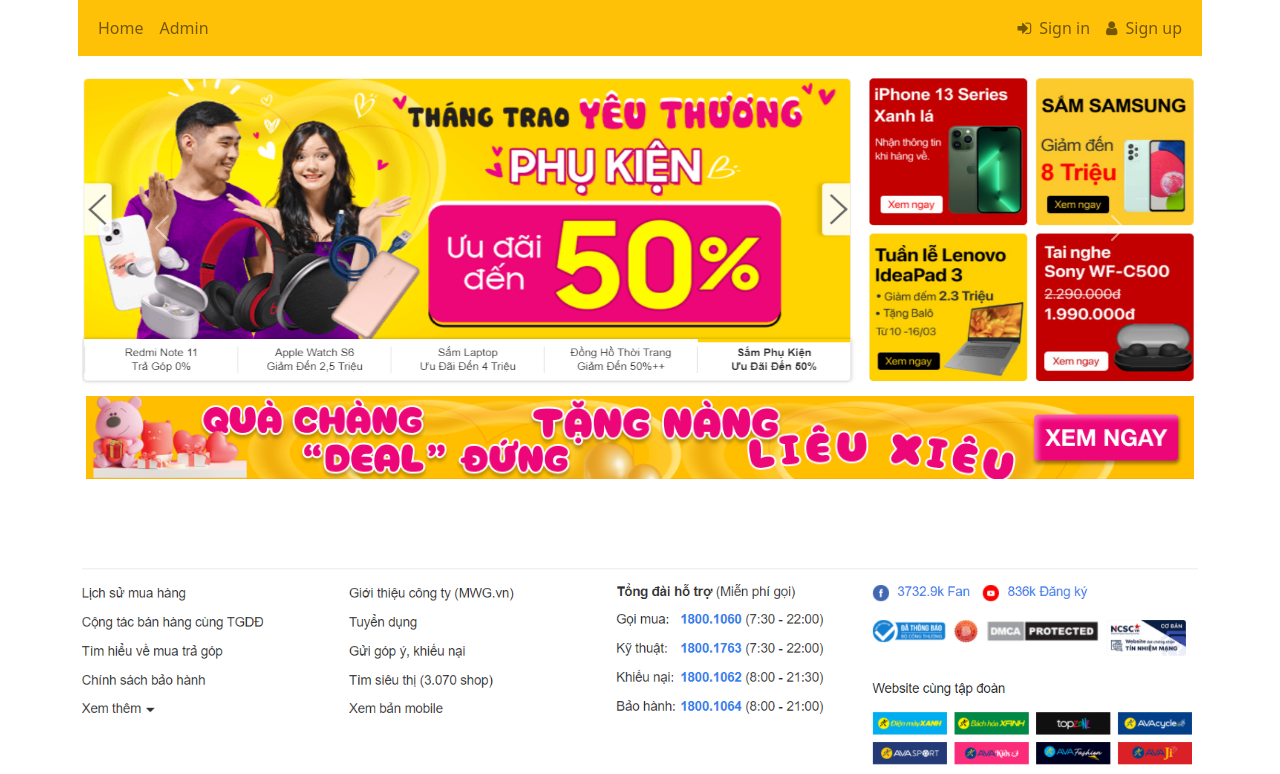
Repository: nguyenhien9/VTI_demo-ecommerce
Page: HOME/homePage.html
An editor plug-in stored every save of this project. The page is shown before and after the next save, followed by the edit.
The browser window is 1280 px wide. The pictures show the whole page.

Above is the page before, as saved 2023-03-31 19:16:59.

### HOME/homePage.html
<!DOCTYPE html>
<html lang="en">
  <head>
    <title>Thegioididong.com</title>
    <!-- Required meta tags -->
    <meta charset="utf-8" />
    <meta
      name="viewport"
      content="width=device-width, initial-scale=1, shrink-to-fit=no"
    />

    <!-- Bootstrap CSS v5.2.1 -->
    <link
      href="https://cdn.jsdelivr.net/npm/bootstrap@5.2.1/dist/css/bootstrap.min.css"
      rel="stylesheet"
      integrity="sha384-iYQeCzEYFbKjA/T2uDLTpkwGzCiq6soy8tYaI1GyVh/UjpbCx/TYkiZhlZB6+fzT"
      crossorigin="anonymous"
    />
    <link
      rel="stylesheet"
      href="https://maxcdn.bootstrapcdn.com/font-awesome/4.7.0/css/font-awesome.min.css"
    />
    <script src="https://code.jquery.com/jquery-3.6.4.min.js"></script>
    <link rel="stylesheet" href="./asset/css/HomePage.css" />
  </head>

  <body>
    <div class="container">
      <div class="Header"></div>
      <div class="Banner"></div>
      <div class="Product"></div>
      <div class="Footer"></div>
    </div>

    <script src="./HomePage.js"></script>

    <!-- Bootstrap JavaScript Libraries -->

    <script
      src="https://cdn.jsdelivr.net/npm/bootstrap@5.2.1/dist/js/bootstrap.min.js"
      integrity="sha384-7VPbUDkoPSGFnVtYi0QogXtr74QeVeeIs99Qfg5YCF+TidwNdjvaKZX19NZ/e6oz"
      crossorigin="anonymous"
    ></script>
  </body>
</html>

### HOME/HomePage.js
$(document).ready(function () {
  $(function () {
    loadComponent();
    setTimeout(function () {
      fetchProductList();
    }, 200);

    function loadComponent() {
      // $(".Header").load("./Menu.html");
      document.querySelector(
        ".Header"
      ).innerHTML = `<div class="row justify-content-center align-items-center g-2">
      <nav class="navbar navbar-expand-sm navbar-light bg-warning">
        <div class="container">
          <button
            class="navbar-toggler d-lg-none"
            type="button"
            data-bs-toggle="collapse"
            data-bs-target="#collapsibleNavId"
            aria-controls="collapsibleNavId"
            aria-expanded="false"
            aria-label="Toggle navigation"
          >
            <span class="navbar-toggler-icon"></span>
          </button>
          <div class="collapse navbar-collapse" id="collapsibleNavId">
            <ul class="navbar-nav me-auto mt-2 mt-lg-0">
              <li class="nav-item">
                <a class="nav-link" href="./HomePage.html" aria-current="page"
                  >Home <span class="visually-hidden">(current)</span></a
                >
              </li>
              <li class="nav-item">
                <a class="nav-link" href="../ADMIN/AdminPage.html">Admin</a>
              </li>
            </ul>

            <ul class="navbar-nav d-flex my-2 my-lg-0 list-unstyled">
              <li>
                <a href="#!" class="nav-link text-decoration-none"
                  ><i class="fa fa-sign-in pe-2" aria-hidden="true"></i>Sign
                  in</a
                >
              </li>
              <li>
                <a href="#!" class="nav-link text-decoration-none"
                  ><i class="fa fa-user pe-2" aria-hidden="true"></i>Sign up</a
                >
              </li>
            </ul>
          </div>
        </div>
      </nav>
    </div>`;
      // $(".Banner").load("./Banner.html");
      document.querySelector(".Banner").innerHTML = `
        <div class="row justify-content-center align-items-center g-2 mt-1">
      <div id="carouselExample" class="carousel slide">
        <div class="carousel-inner">
          <div class="carousel-item active">
            <img
              src="./asset/img/Banner/BannerIMG.png"
              class="d-block w-100"
              alt="..."
              height="320px"
            />
          </div>
          <div class="carousel-item">
            <img
              src="./asset/img/Banner/BannerImg1.png"
              class="d-block w-100"
              alt="..."
              height="320px"
            />
          </div>
          <div class="carousel-item">
            <img
              src="./asset/img/Banner/BannerImg2.png"
              class="d-block w-100"
              alt="..."
              height="320px"
            />
          </div>
          <div class="carousel-item">
            <img
              src="./asset/img/Banner/BannerImg3.png"
              class="d-block w-100"
              alt="..."
              height="320px"
            />
          </div>
        </div>
        <button
          class="carousel-control-prev"
          type="button"
          data-bs-target="#carouselExample"
          data-bs-slide="prev"
        >
          <span class="carousel-control-prev-icon" aria-hidden="true"></span>
          <span class="visually-hidden">Previous</span>
        </button>
        <button
          class="carousel-control-next"
          type="button"
          data-bs-target="#carouselExample"
          data-bs-slide="next"
        >
          <span class="carousel-control-next-icon" aria-hidden="true"></span>
          <span class="visually-hidden">Next</span>
        </button>
      </div>
    </div>
        `;
      $(".Product").load("./Product.html");
      $(".Footer").load("./Footer.html");
    }
  });
});
let productList = [];
function fetchProductList() {
  if (localStorage && localStorage.getItem("Product")) {
    let getProducts = JSON.parse(localStorage.getItem("Product"));
    productList = getProducts;
    let productRender = productList.map(function (item) {
      return `
      <div class="col-sm-3">
        <div class="row justify-content-start align-items-center g-2 ">
          <img src="./asset/img/Product/${
            item.image
          }" width="130px" height ="190px" alt=""/>
        </div>
        <div class="row justify-content-center align-items-center g-2">
          <p class="h3">${item.name}</p>
        </div>
        <div class="row justify-content-center align-items-center g-2">
          <p class="h5">Hãng sản xuất: ${item.manufacturer}</p>
        </div>
        <div class="row justify-content-center align-items-center g-2">
        <ul class="rating d-flex list-unstyled">
        ${getRatingStar(item.star)}
        </ul>
        </div>
        <div class="row d-flex align-items-center g-2">
          <a href="#!" class="text-reset text-decoration-none">${
            item.price
          } <sup><u>đ</u></sup>
            <i class="fa fa-shopping-cart text-danger fs-3 ms-2" aria-hidden="true"></i></a>
        </div>
      </div>
      `;
    });
    document.querySelector(".ProductList").innerHTML = productRender;
  }
}
function getRatingStar(star) {
  let ratingStar = "";
  for (let i = 0; i < star; i++) {
    ratingStar += `
    <li>
    <i class="fa fa-star text-warning" aria-hidden="true"></i>
    </li>
    `;
  }
  for (let i = 0; i < 5 - star; i++) {
    ratingStar += `
    <li>
    <i class="fa fa-star" aria-hidden="true"></i>
    </li>
    `;
  }
  return ratingStar;
}

### HOME/Product.html
<!DOCTYPE html>
<html lang="en">
  <head>
    <meta charset="UTF-8" />
    <meta http-equiv="X-UA-Compatible" content="IE=edge" />
    <meta name="viewport" content="width=device-width, initial-scale=1.0" />
    <title>Product</title>
  </head>
  <body>
    <div class="row justify-content-center align-items-center g-2">
      <!-- Ảnh khuyến mại -->
      <div class="row justify-content-center align-items-center g-2">
        <img src="./asset/img/Product/ImgInfor.png" alt="" />
      </div>
      <!-- Product -->
      <div class="row d-flex flex-wrap mt-2 g-2 pt-2 ProductList"></div>
    </div>
    <!-- <script src="./Product.js"></script> -->
  </body>
</html>

### HOME/Footer.html
<!DOCTYPE html>
<html lang="en">
  <head>
    <meta charset="UTF-8" />
    <meta http-equiv="X-UA-Compatible" content="IE=edge" />
    <meta name="viewport" content="width=device-width, initial-scale=1.0" />
    <title>Footer</title>
  </head>
  <body>
    <br />
    <br />
    <br />
    <div class="row justify-content-center align-items-center g-2">
      <img src="./asset/img/Footer/FooterIMG.png" alt="" />
    </div>
  </body>
</html>

Loaded but not shown: HOME/asset/css/HomePage.css (common file)

After the next save:
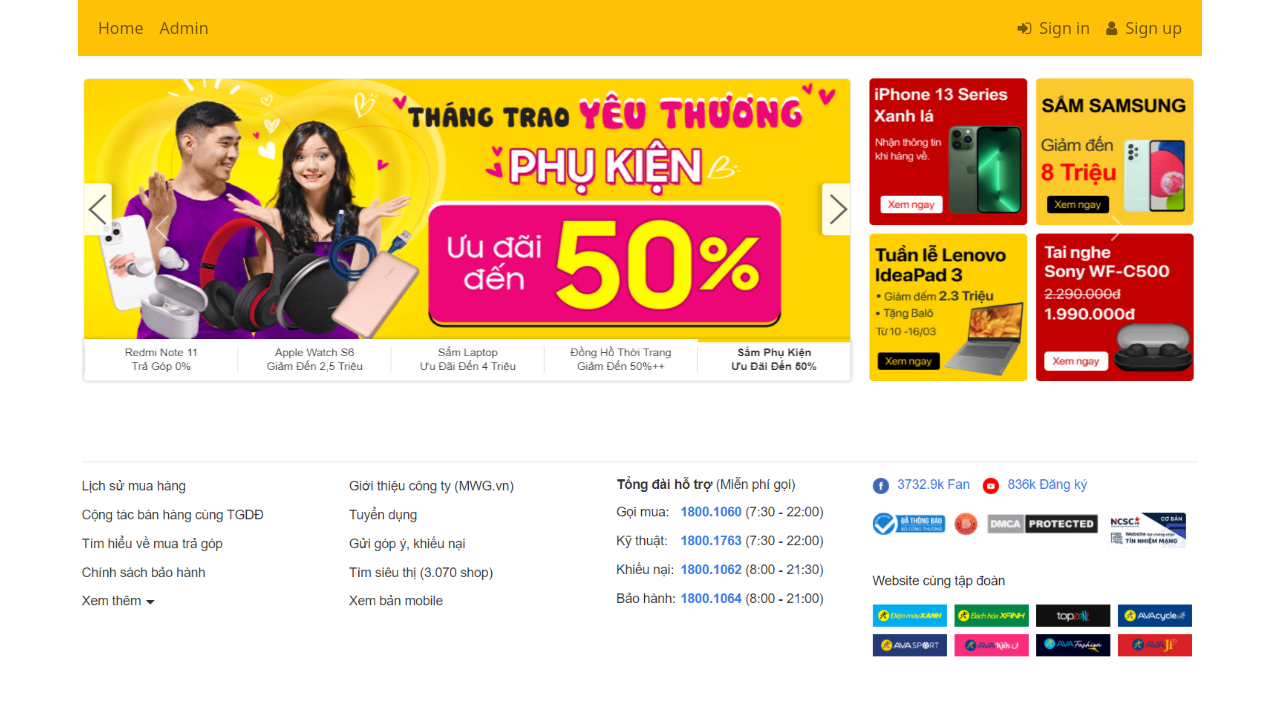
Saved 12 s later.
--- a/HOME/HomePage.js
+++ b/HOME/HomePage.js
@@ -111,7 +111,7 @@
       </div>
     </div>
         `;
-      $(".Product").load("./Product.html");
+      // $(".Product").load("./Product.html");
       $(".Footer").load("./Footer.html");
     }
   });

After the save that followed:
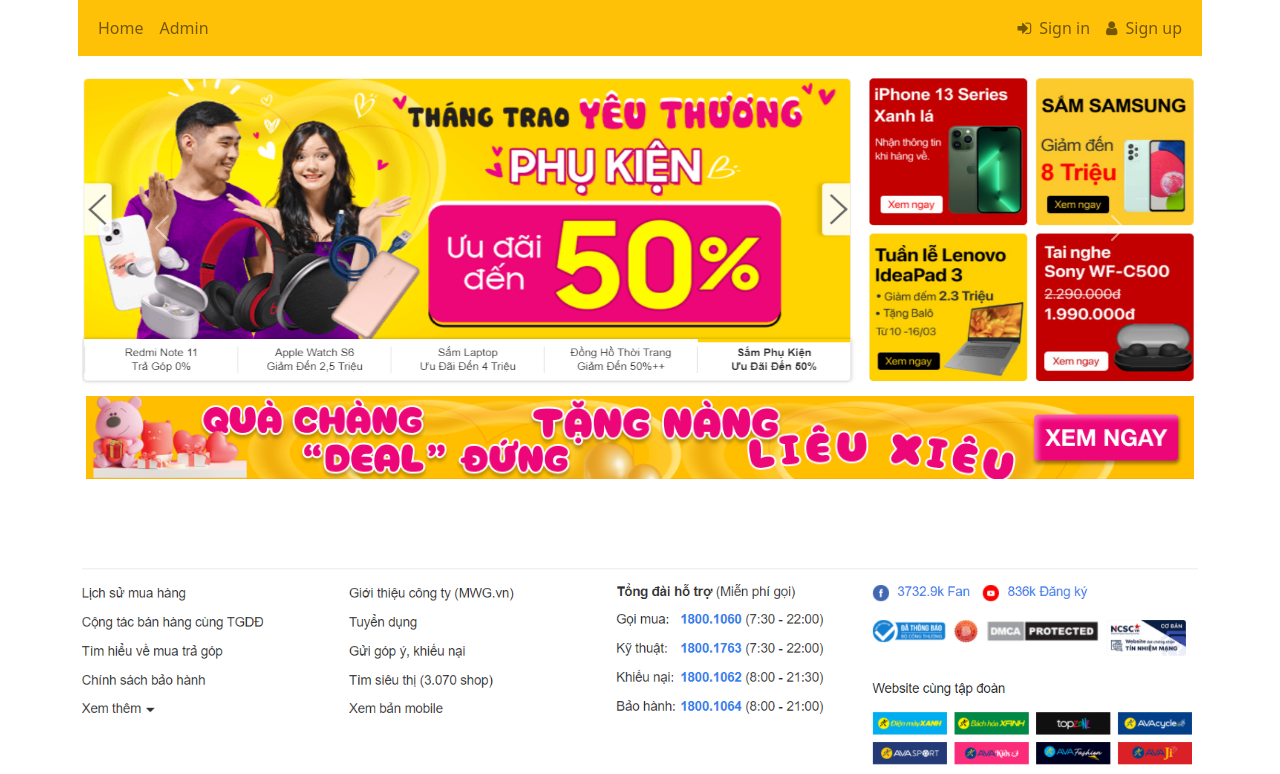
Saved 33 s later.
--- a/HOME/HomePage.js
+++ b/HOME/HomePage.js
@@ -112,6 +112,15 @@
     </div>
         `;
       // $(".Product").load("./Product.html");
+      document.querySelector(".Product").innerHTML = `
+      <div class="row justify-content-center align-items-center g-2">
+      <!-- Ảnh khuyến mại -->
+      <div class="row justify-content-center align-items-center g-2">
+        <img src="./asset/img/Product/ImgInfor.png" alt="" />
+      </div>
+      <!-- Product -->
+      <div class="row d-flex flex-wrap mt-2 g-2 pt-2 ProductList"></div>
+    </div>`;
       $(".Footer").load("./Footer.html");
     }
   });
